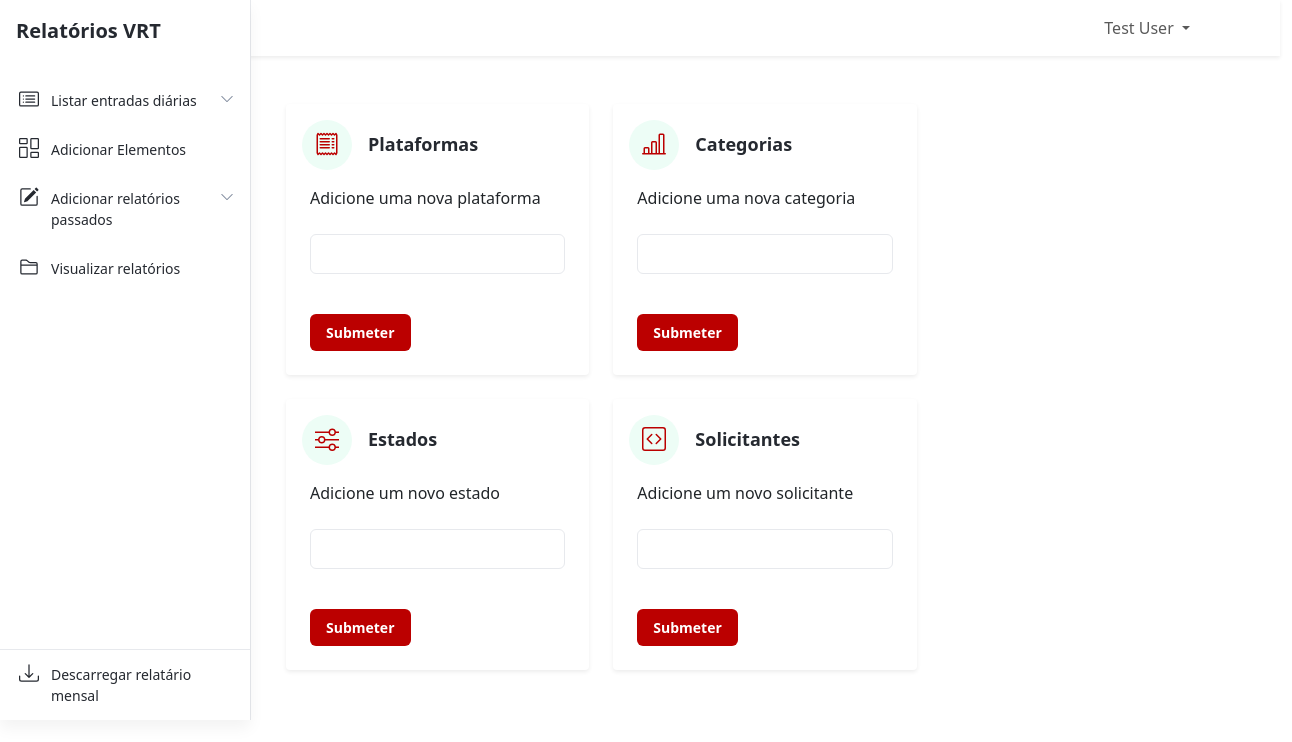
Repository: Yolanda-Marchone/Relatorios
Page: http://localhost/adicionar
An editor plug-in stored every save of this project. The page is shown before and after the next save, followed by the edit.
The browser window is 1280 px wide. The page is 1292 px wide, so the pictures cover 1292 px, including what lies to the right of the window. The pictures show the whole page.
The page is served by the project's Laravel application, run on PHP 8.4 with Laravel 10. A made-up administrator, Test User (test@example.com), is signed in. Style sheets and scripts are compiled from the project's sources, by tool versions that may differ from the author's.

Above is the page before, as saved 2024-05-23 11:14:42.

After the next save:
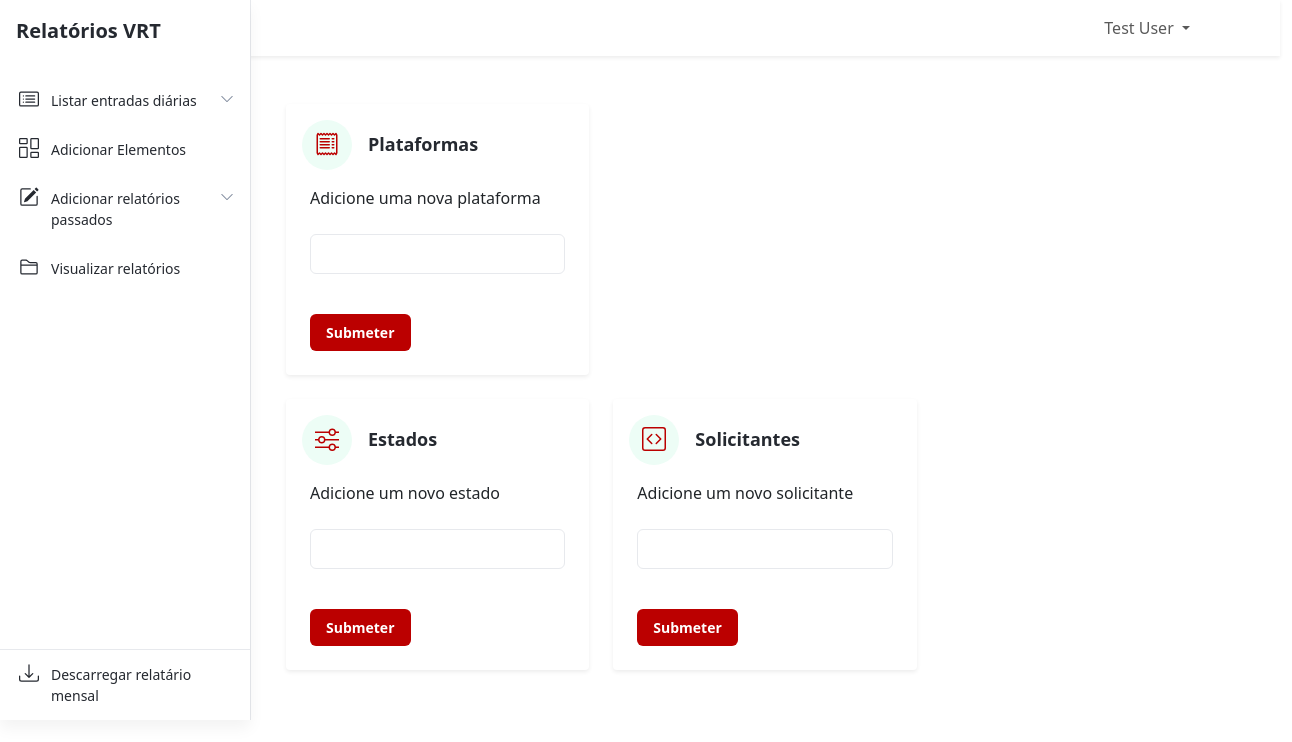
Saved 5 min 38 s later.
--- a/resources/views/layouts/adicionar.blade.php
+++ b/resources/views/layouts/adicionar.blade.php
@@ -53,41 +53,7 @@
 						</div><!--//app-card-->
 				    </div><!--//col-->
 
-                    <div class="col-12 col-lg-4">
-					    <div class="app-card app-card-basic d-flex flex-column align-items-start shadow-sm">
-						    <div class="app-card-header p-3 border-bottom-0">
-						        <div class="row align-items-center gx-3">
-							        <div class="col-auto">
-								        <div class="app-icon-holder">
-                                        <svg width="1em" height="1em" viewBox="0 0 16 16" class="bi bi-bar-chart-line" fill="currentColor" xmlns="http://www.w3.org/2000/svg">
-	  <path fill-rule="evenodd" d="M11 2a1 1 0 0 1 1-1h2a1 1 0 0 1 1 1v12h.5a.5.5 0 0 1 0 1H.5a.5.5 0 0 1 0-1H1v-3a1 1 0 0 1 1-1h2a1 1 0 0 1 1 1v3h1V7a1 1 0 0 1 1-1h2a1 1 0 0 1 1 1v7h1V2zm1 12h2V2h-2v12zm-3 0V7H7v7h2zm-5 0v-3H2v3h2z"/>
-	</svg>
-									    </div><!--//icon-holder-->
 
-							        </div><!--//col-->
-							        <div class="col-auto">
-								        <h4 class="app-card-title">Categorias</h4>
-							        </div><!--//col-->
-						        </div><!--//row-->
-						    </div><!--//app-card-header-->
-						    <div class="app-card-body px-4">
-
-							    <div class="intro">Adicione uma nova categoria</div>
-                                <div class="mb-3"  >
-                                <form class="settings-form" method="POST" action="/submeter_categoria">
-                                        @csrf
-<label for="setting-input-1" class="form-label"></label>
-<input type="text" class="form-control" id="nova_categoria" name="nova_categoria" value="" required>
-
-</div>
-						    </div><!--//app-card-body-->
-
-						    <div class="app-card-footer p-4 mt-auto">
-                            <button type="submit" class="btn app-btn-primary" >Submeter</button>
-                                    </form>
-						    </div><!--//app-card-footer-->
-						</div><!--//app-card-->
-				    </div><!--//col-->
                 </div>
 
 
